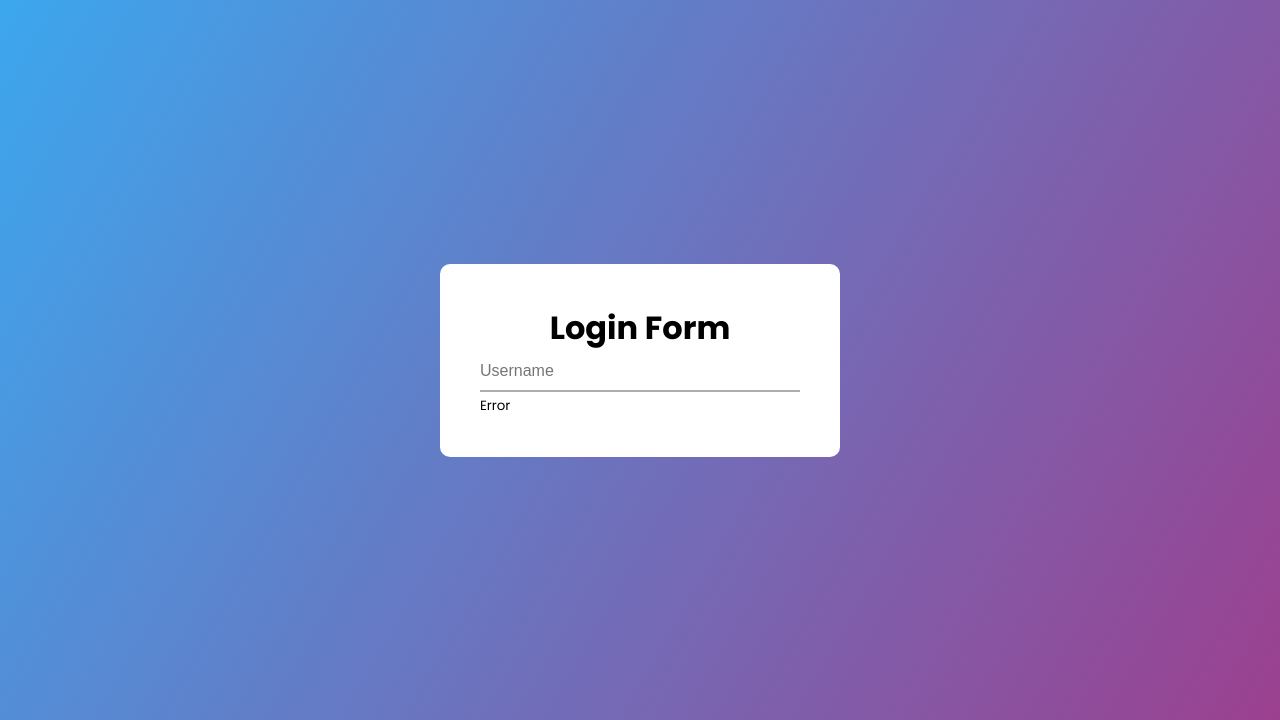
Repository: QUANGTHAI2003/Form-Validation
Page: index.html
An editor plug-in stored every save of this project. The page is shown before and after the next save, followed by the edit.
The browser window is 1280 px wide. The pictures show the whole page.
The first visible `.form-control input` has the focus.

Above is the page before, as saved 2022-03-13 14:14:25.

### index.html
<!DOCTYPE html>
<html lang="en">
    <head>
        <meta charset="UTF-8" />
        <meta http-equiv="X-UA-Compatible" content="IE=edge" />
        <meta name="viewport" content="width=device-width, initial-scale=1.0" />
        <title>Document</title>
        <link rel="stylesheet" href="./style.css" />
    </head>
    <body>
        <div class="container">
            <h1>Login Form</h1>
            <div class="form-control">
                <input type="text" placeholder="Username" />
                <small>Error</small>
                <span></span>
            </div>
        </div>
        <script src="./app.js"></script>
    </body>
</html>

### style.css
@import url('https://fonts.googleapis.com/css2?family=Poppins:wght@300;400;500;600;700&display=swap');

:root {
    --success-color: #2691d9;
    --error-color: #e74c3c;
}

* {
    margin: 0;
    padding: 0;
    box-sizing: border-box;
}

body {
    height: 100vh;
    background: linear-gradient(120deg, #3ca7ee, #9b408f);
    overflow: hidden;
    font-family: 'Poppins';
    display: flex;
    justify-content: center;
    align-items: center;
}

.container {
    width: 400px;
    border: none;
    border-radius: 10px;
    background: #fff;
    padding: 40px;
}

.container h1 {
    text-align: center;
}

.form-control {
    width: 100%;
    position: relative;
}

.form-control input {
    width: 100%;
    height: 40px;
    font-size: 16px;
    border: none;
    outline: none;
    border-bottom: 2px solid #adadad;
}

.form-control span {
    position: absolute;
    border-bottom: 3px solid var(--success-color);
    top: 38px;
    left: 0;
    right: 0;
    width: 0%;
    transition: 0.3s;
}

.form-control input:focus~span {
    w100p
}

Loaded but not shown: app.js (no copy from this time; the picture is the same without it)

After the next save:
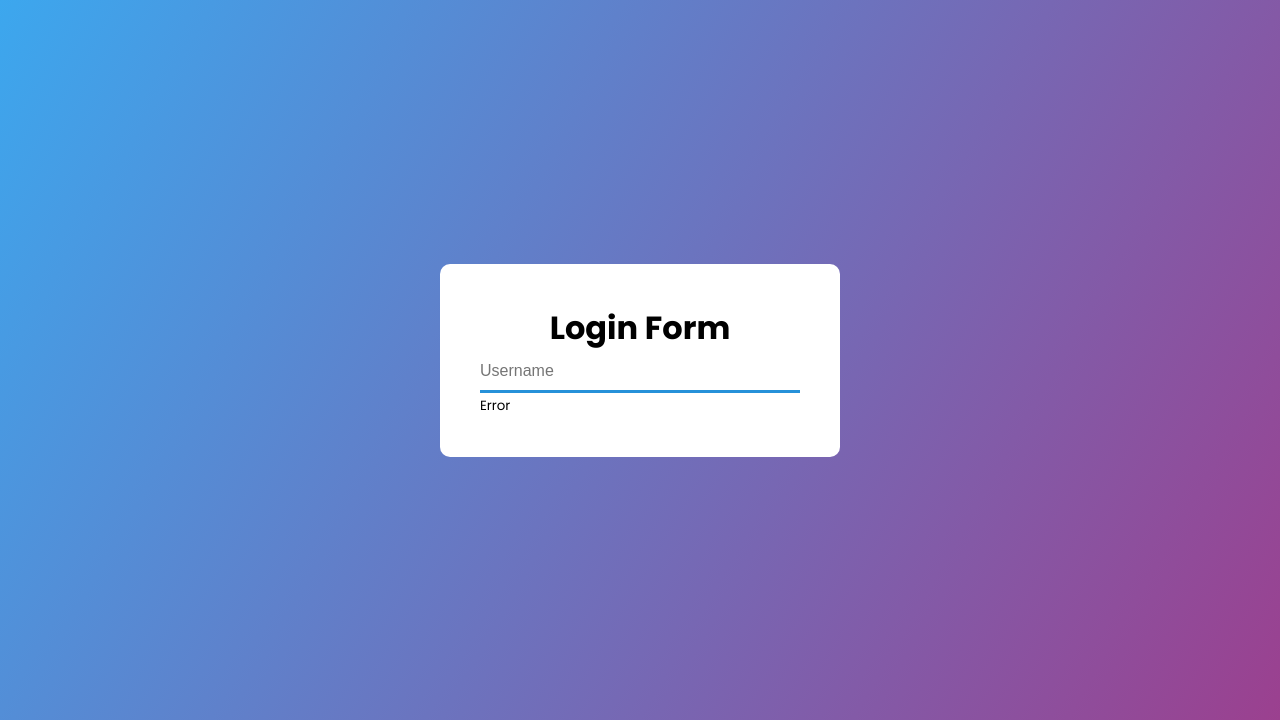
Saved 26 s later.
--- a/style.css
+++ b/style.css
@@ -58,5 +58,5 @@ body {
 }
 
 .form-control input:focus~span {
-    w100p
+    width: 100%;
 }
